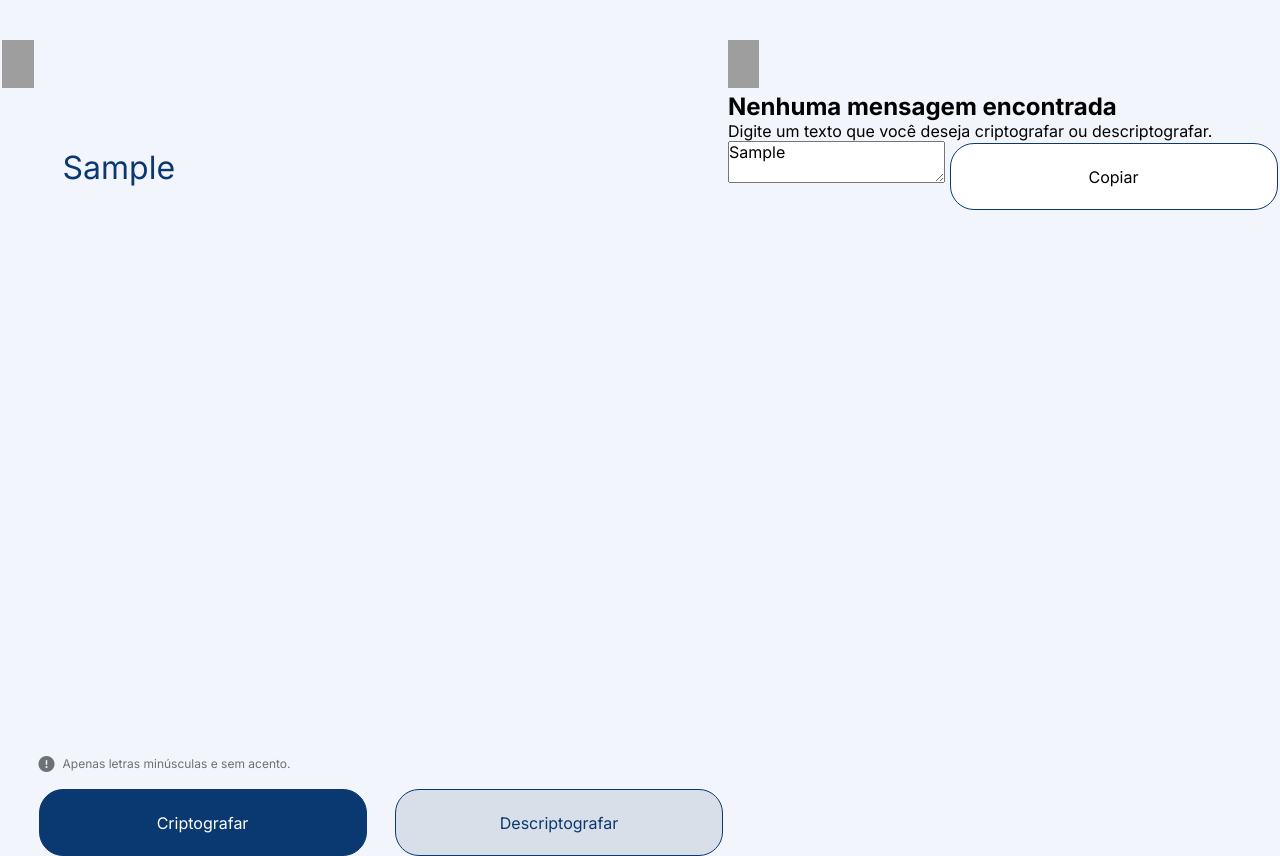
Repository: CarlosEduardoVdeOliveira/descodificador-de-texto
Page: index.html
The author's editor kept a copy of each file at every save. The page is drawn from the files as they stood at one save, then again after the next save.
The browser window is 1280 px wide. The pictures show the whole page.
Empty fields were first filled with sample values (such as "Sample", 5 or name@example.com).
After loading, the first visible `button.button-cryptography` was clicked once.
Pictures or frames that could not be fetched are drawn as grey boxes.

Above is the page before, as saved 2023-04-13 09:55:51.

After the next save:
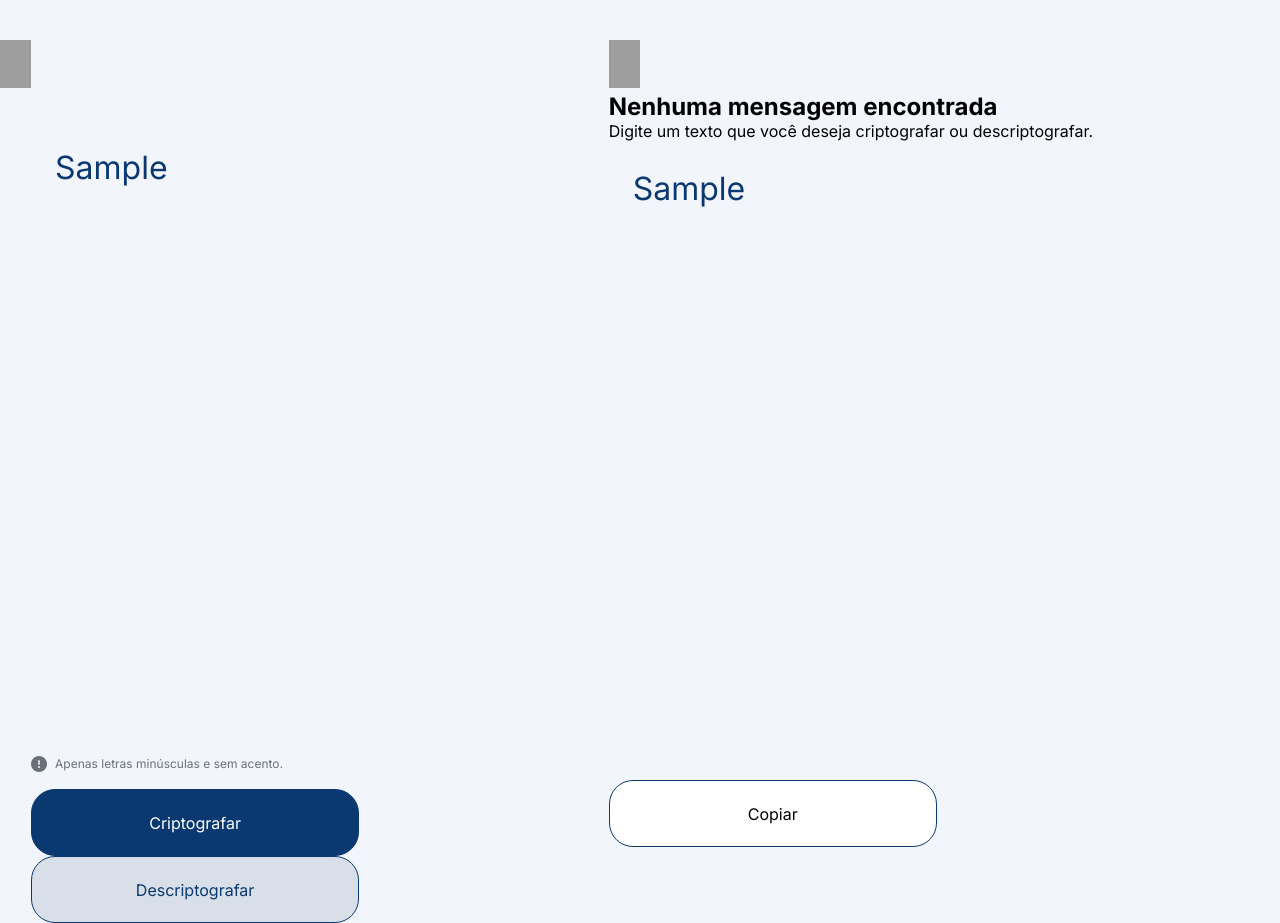
Saved 32 s later.
--- a/public/scripts/index.js
+++ b/public/scripts/index.js
@@ -7,7 +7,7 @@ const buttonDecryption = document.querySelector(".button-decryption");
 function alterTextCryptionArea(){
    areaCryption.classList.remove('text-cryption')
    areaCryption.innerHTML += `
-      <textarea>${elementTextarea.value}</textarea>
+      <textarea class="textarea-input">${elementTextarea.value}</textarea>
       <button class="button-copy-cryption">Copiar</button>
    `;
 }
